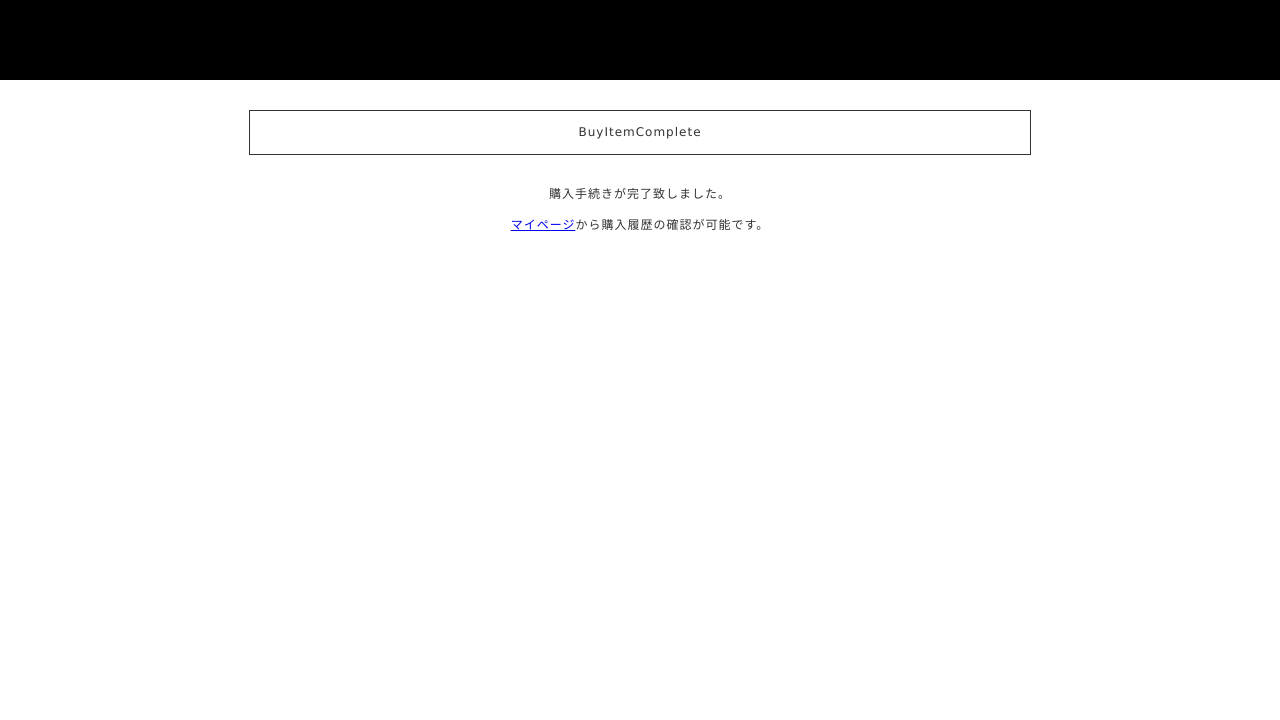
Repository: SNMAGNET/backup
Page: http://localhost/template/buyItemComplete.jsp
The author's editor kept a copy of each file at every save. The page is drawn from the files as they stood at one save, then again after the next save.
The browser window is 1280 px wide. The pictures show the whole page.
The page is served by Tomcat 9.

Above is the page before, as saved 2018-01-16 07:18:05.

After the next save:
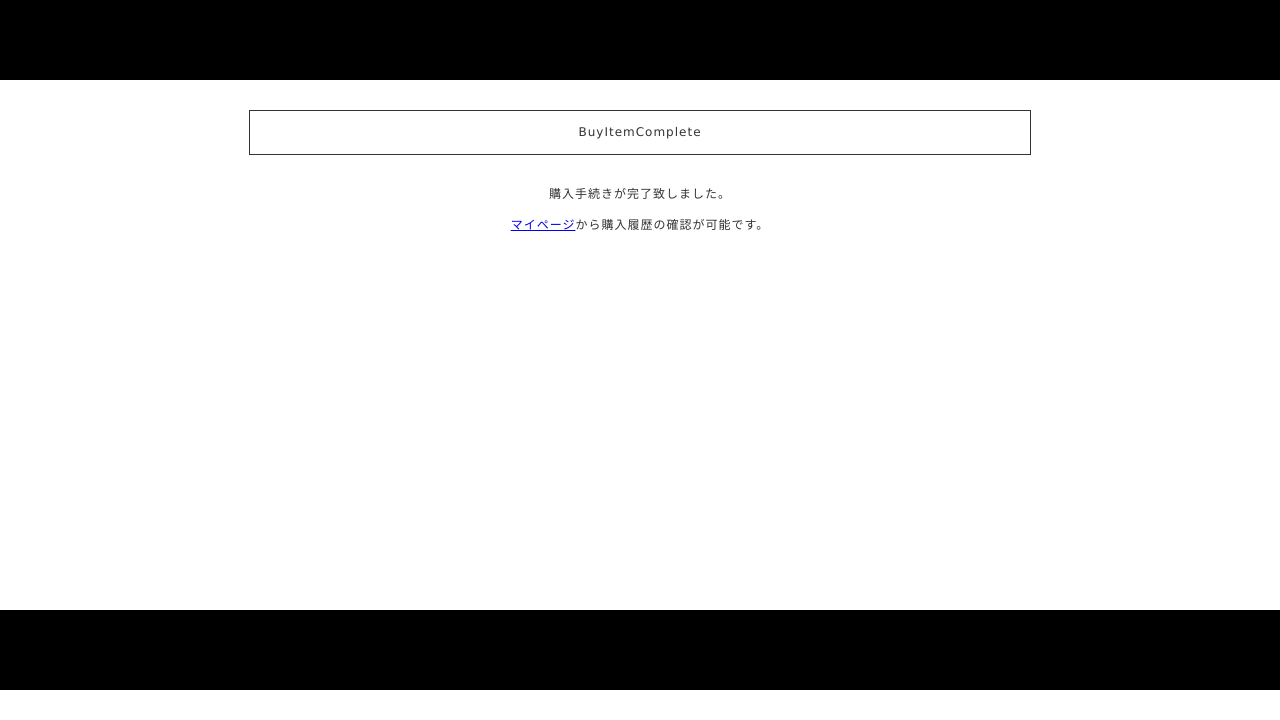
Saved 14 s later.
--- a/template/WebContent/buyItemComplete.jsp
+++ b/template/WebContent/buyItemComplete.jsp
@@ -77,3 +77,18 @@
 
 <a href='<s:url action="MyPageAction" />'>
 マイページ</a><span>から購入履歴の確認が可能です。</span>
+
+</div>
+
+</div>
+
+</div>
+<div id="footer">
+
+<div id="pr">
+</div>
+
+</div>
+
+</body>
+</html>
